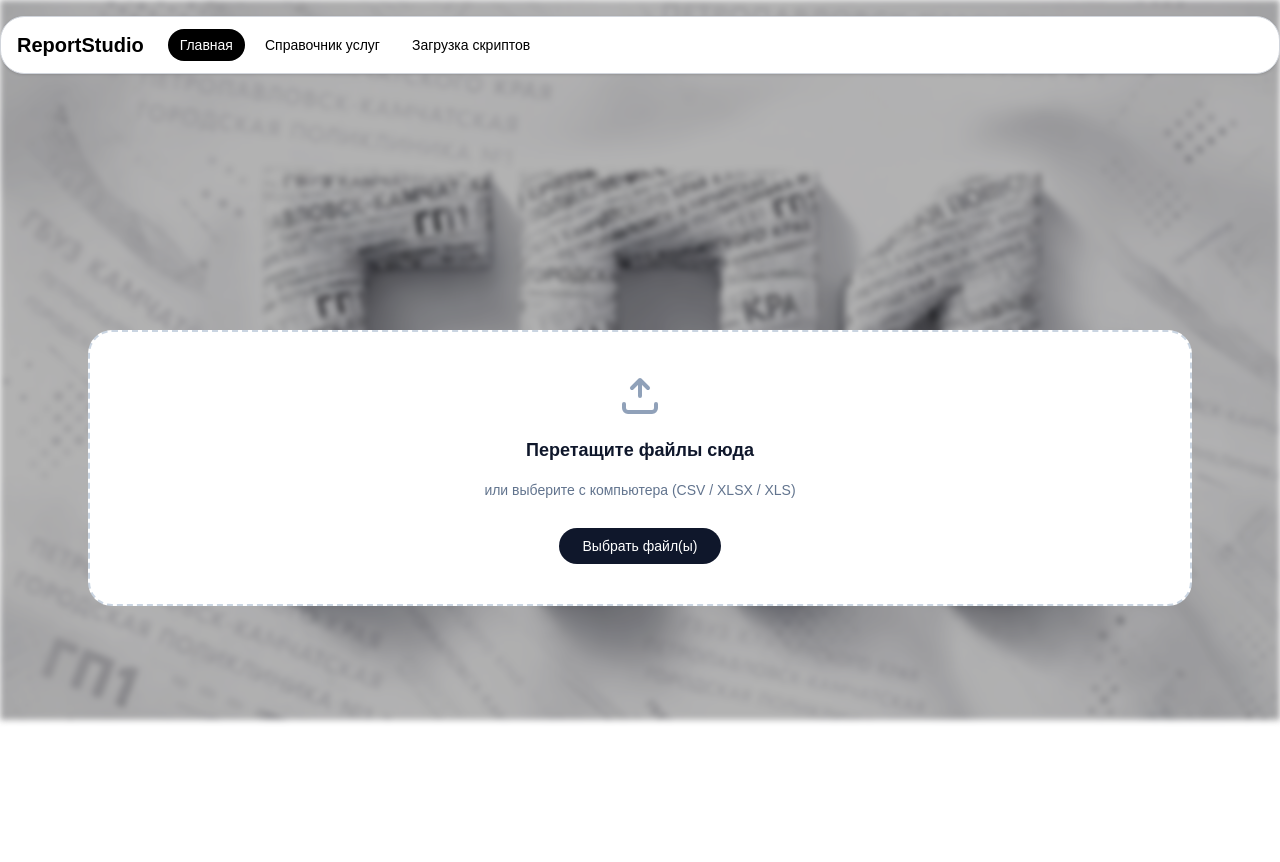
Repository: vladzap2423/report_studio_v2
Page: /
These files come from the project's save history. The page is drawn as it stood at one moment and after the next save; the edit follows.
The browser window is 1280 px wide. The pictures show the whole page.
The project was rebuilt for these pictures with package versions that can differ from the ones it lists, and the page was loaded fresh each time. The framework's server and built-in components were replaced by stand-ins that run in the browser. Also part of the build but not shown: next.config.ts, src/app/components/ScriptsList.tsx.

Above is the page before, as saved 2026-03-16 16:40:50.

After the next save:
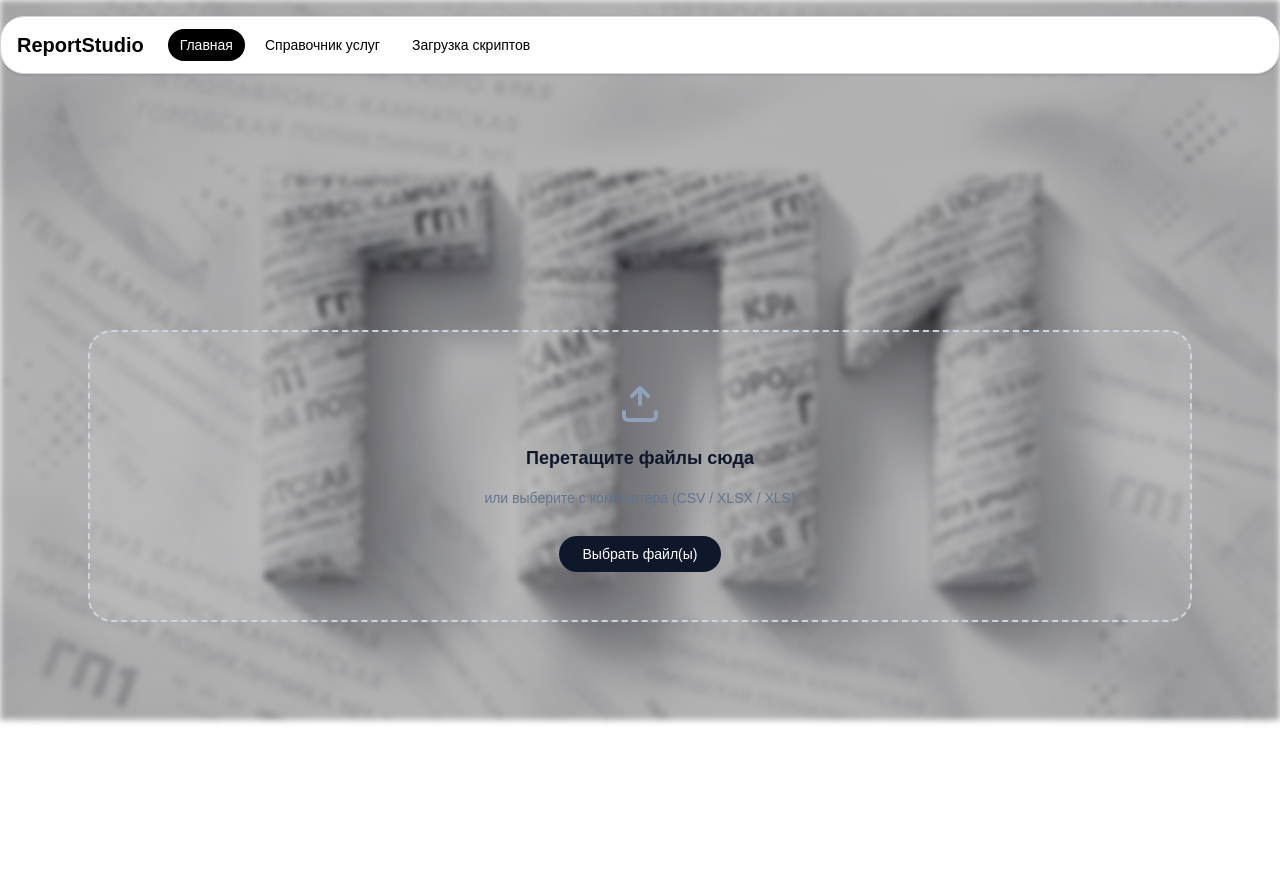
Saved 2 min 18 s later.
--- a/src/app/components/DropZone.tsx
+++ b/src/app/components/DropZone.tsx
@@ -55,8 +55,10 @@ export default function DropZone({ accept = ".csv,.xlsx,.xls", onFilesPicked }:
         onDragOver={e => e.preventDefault()}
         onDragLeave={e => { e.preventDefault(); dragDepth.current -= 1; if (dragDepth.current <= 0) setIsDragging(false); }}
         onDrop={onDrop}
-        className={`relative flex flex-col items-center justify-center gap-4 rounded-3xl border-2 border-dashed p-10 transition-all duration-200
-          ${isDragging ? "border-emerald-400 bg-emerald-50" : "border-slate-300 bg-white hover:border-slate-400"}`}
+        className={`
+    relative flex flex-col items-center justify-center gap-4 rounded-3xl border-2 border-dashed p-12 transition-all duration-300
+    ${isDragging ? "border-emerald-400 bg-white/20 shadow-lg" : "border-slate-300 bg-white/10 hover:border-slate-400 hover:shadow-md"}
+  `}
       >
         <svg className="w-12 h-12 text-slate-400" fill="none" stroke="currentColor" viewBox="0 0 24 24">
           <path strokeWidth={2} strokeLinecap="round" strokeLinejoin="round" d="M4 16v2a2 2 0 002 2h12a2 2 0 002-2v-2M12 12v-8m0 0L8 8m4-4l4 4" />
